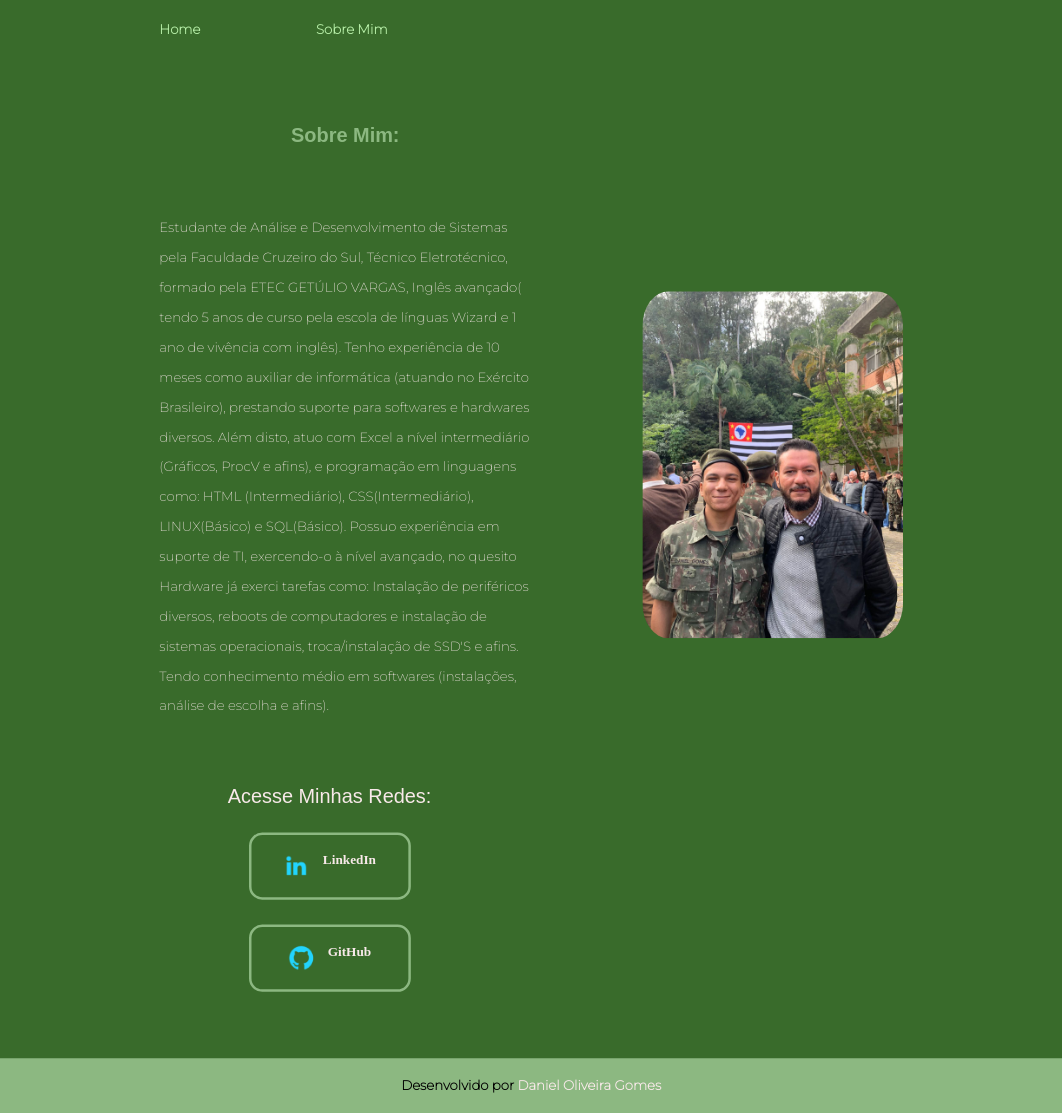
Repository: DamnDTX/Portfolio-Daniel-Oliveira-1
Page: about.html
These files come from the project's save history. The page is drawn as it stood at one moment and after the next save; the edit follows.
The browser window is 1280 px wide. The pictures show the whole page, at 83% of full size.
Some web fonts or font styles are not loaded; a fallback is used.

Above is the page before, as saved 2023-07-11 15:26:39.

### about.html
<!DOCTYPE html>
<html lang="pt-br">
<head>
    <meta charset="UTF-8">
    <meta name="viewport" content="width=device-width, initial-scale=1.0">
    <title>Sobre Mim</title>
    <link rel="stylesheet" href="./styles/about.css">
    <!--Há duas formas de nós conseguirmos linkar o nosso arquivos css, a primeira forma nós já sabemos, que é utilizando o elemento link, mas podemos fazer de outra forma, que é escrevendo "link:" e puxar o caminho do css, prefiro a primeira forma, já que a velocidade de ação é a mesma-->
</head>
<body>
<header>
    <header class="cabecalho">
        <nav class="cabecalho__menu">
            <a class="cabecalho__menu__link" href="index.html">Home</a>
            <a class="cabecalho__menu__link" href="about.html">Sobre Mim</a>
        </nav>
</header>
<!--Copiamos o header da outra página html, temos que ver que tem coisas que queremos que continue igual, igual
    o header e as estilizações (posicionamento e afins, quando for assim, copiamos as propriedades da mesma forma
    , alterando só quando necessário)
-->
<main class="principal">
    <section class="principal__conteudo">
        <h1 class="principal__conteudo__titulo">
   <strong>Sobre Mim:</strong>
        </h1>

        <h4 class="principal__conteudo__apresentacao">
            Estudante de Análise e Desenvolvimento de Sistemas pela Faculdade Cruzeiro do Sul, Técnico Eletrotécnico, formado pela ETEC GETÚLIO VARGAS, Inglês avançado( tendo 5 anos de curso pela escola de línguas Wizard e 1 ano de vivência com inglês). Tenho experiência de 10 meses como auxiliar de informática (atuando no Exército Brasileiro), prestando suporte para softwares e hardwares diversos. Além disto, atuo com Excel a nível intermediário (Gráficos, ProcV e afins), e programação em linguagens como: HTML (Intermediário), CSS(Intermediário), LINUX(Básico) e SQL(Básico). Possuo experiência em suporte de TI, exercendo-o à nível avançado, no quesito Hardware já exerci tarefas como: Instalação de periféricos diversos, reboots de computadores e instalação de sistemas operacionais, troca/instalação de SSD'S e afins. Tendo conhecimento médio em softwares (instalações, análise de escolha e afins).
        </h4>
        <div class="principal__links">
            <h2 class="principal__links__subtitulo">Acesse Minhas Redes:</h2>
        <a class="principal__link__social" target="_blank" href="https://www.linkedin.com/in/daniel-oliveira-gomes-3470511b6/">
                <img src="./assets/Logo linkedin.png" alt="linkeidn_logo">
            LinkedIn
                </a>
        <a class="principal__link__social" target="_blank" href="https://github.com/DamnDTX/">
          <img src="./assets/Logo Github.png" alt="github_logo">
          GitHub
        </a>
    </section>
    <img class="daniel" alt="minha_pessoa" src="./assets/Daniel milico.jpeg">
</main>

<footer class="rodape">
    <h4>Desenvolvido por <strong class="desenvolvedor">Daniel Oliveira Gomes</strong></h4>
</footer>
</body>
</html>

### styles/about.css
@import url('https://fonts.googleapis.com/css2?family=Abril+Fatface&family=Krona+One&family=Montserrat:wght@100;200&display=swap');
@import url('https://fonts.googleapis.com/css2?family=Abril+Fatface&family=Krona+One&family=Montserrat:wght@100&display=swap');

:root{
    --cor-dos-textos:#F8E9E9;
    --fonte-textos:'Montsserrat',sans-serif;
    --fonte-titulos:'Krona One', sans-serif;
}




*{
    margin: 0;
    padding: 0;
}

body{
    background-color:  #396B2B;
    color: var(--cor-dos-textos);
    height: 100vh;
    box-sizing: border-box;
}
 /*O 100vh serve quando temos poucos elementos na página, quando o body não alcança tudo (quando há poucos
 elementos), quando não for o caso de termos poucos elementos, tiramos-o, ou melhor, não os usamos  */
strong{
    color: #8CB881;
}

.cabecalho{
padding: 2% 0 0 15%;
}

.cabecalho__menu{display: flex;
gap: 80px;}

.cabecalho__menu__link{font-size:  1,5rem;
    font-family: 'Montserrat', sans-serif;
    font-style: normal;
    font-weight: 600;
    line-height: normal;
    color: #B6EEA7;
    text-decoration: none;
    width: 10%;
    height: 10%;
}

.principal{display: flex;
align-items: center;
justify-content: space-between;
padding: 5% 15%;
gap: 40px;}



.principal__conteudo{
    width: 50%;
    height: 50%;
    display: flex;
    flex-direction: column;
    gap: 40px;
       }

.principal__conteudo__titulo{
    font-family: 'Krona One', sans-serif;
    font-size: 2.25;
    text-align: center;
    margin-top: 40px;

}



.principal__conteudo__apresentacao{
    font-family: 'Montserrat', sans-serif;
    display: flex;
    flex-direction: column;
    font-size:  1,5rem;
    font-style: normal;
    font-weight: 400;
    line-height: 36px;
    color: #F8E9E9;
    margin-top: 40px;
}

.daniel{
    height: 35%;
    width: 35%;
    border-radius: 10%;
    margin-bottom: 200px;
}

 .principal__links{
        justify-content: space-between;
        flex-direction:column;
        align-items: center;
        display: flex;
        width: 378px;
        padding: 16px;
        justify-content: center;
        align-items: center;
        gap: 20px;

        .principal__links__social:hover{
            background-color: #3843E0;
        }
 }
    .principal__links__subtitulo{
        font-family: 'Krona One', sans-serif;
        font-weight: 400;
        margin-top: 20px;
        }


    .principal__link__social{
        background-color: transparent;
        color: #F8E9E9;
        width: 50%;
        height: 32px;
        text-align: center;
        border-radius: 16px;
        font-size:  1,5rem;
        padding: 21.5px 0;
        text-decoration: none;
        font-weight: 600;
        border-style: solid;
        display: flex;
        justify-content: center;
        gap: 16px;
        margin-top: 10px;
        border-color: #8CB881;
    }

.logo{width: 28px;
    height: 28px;
    }

.rodape{font-size:  1,5rem;
    font-family: 'Montserrat', sans-serif;
    font-style: normal;
    font-weight: 400;
    line-height: 36px;
    background-color: #8CB881;
    text-align: center;
    color: black;
    padding: 15px;
    flex-shrink: 0;
}

    .desenvolvedor{color: #F8E9E9;}

After the next save:
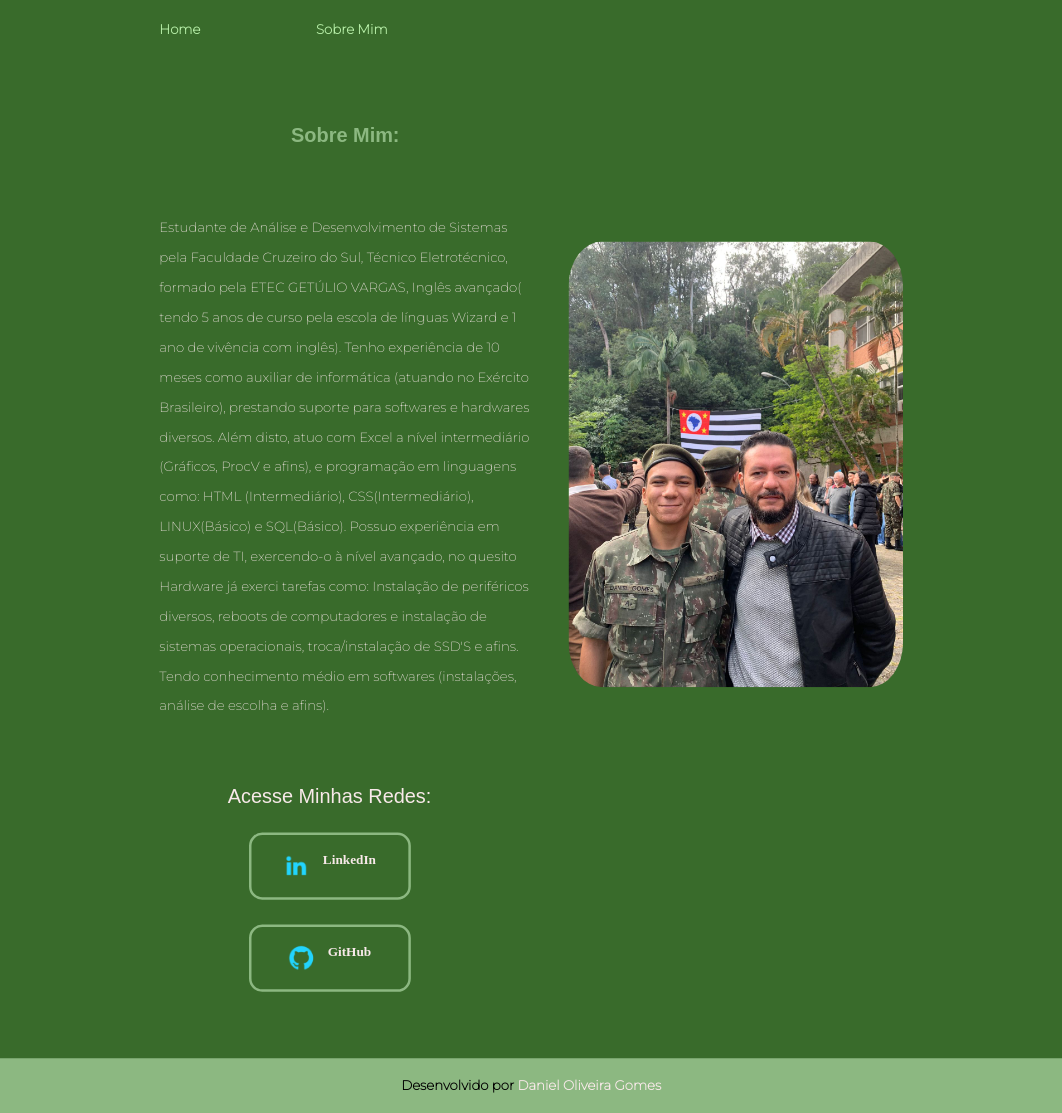
Saved 35 s later.
--- a/styles/about.css
+++ b/styles/about.css
@@ -84,8 +84,8 @@ gap: 40px;}
 }
 
 .daniel{
-    height: 35%;
-    width: 35%;
+    height: 45%;
+    width: 45%;
     border-radius: 10%;
     margin-bottom: 200px;
 }
